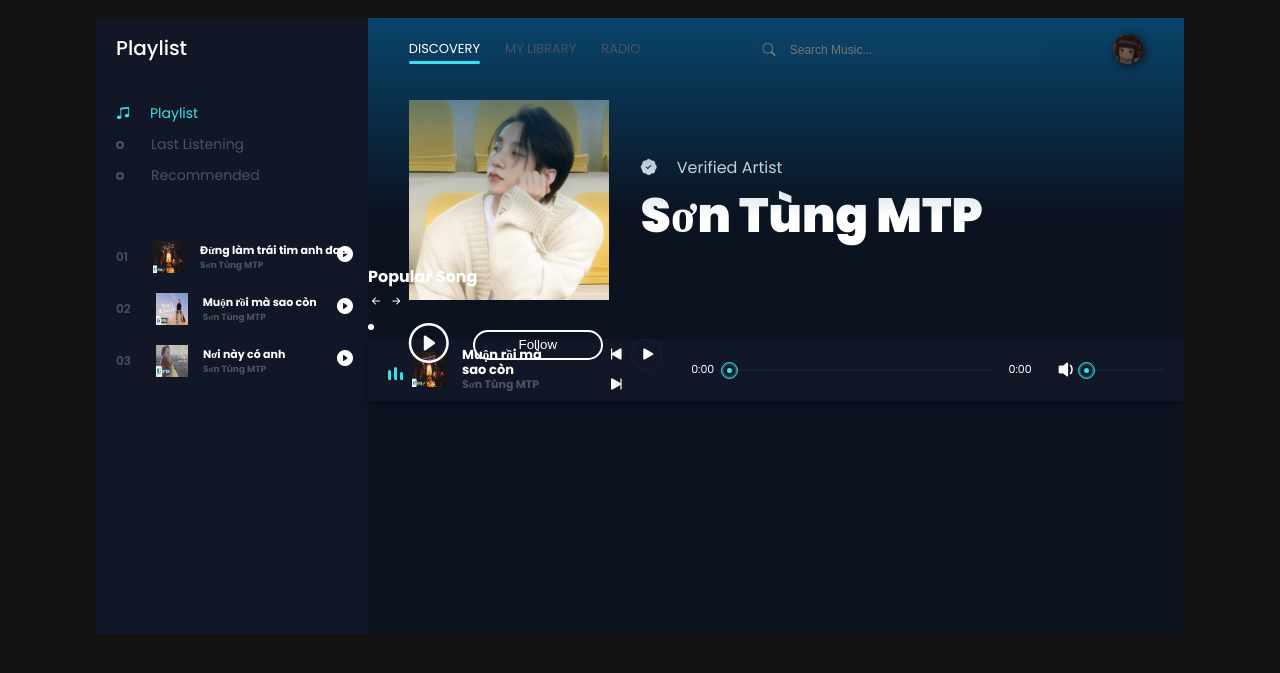
Repository: reminzuetto/Music-Website
Page: index.html
An editor plug-in stored every save of this project. The page is shown before and after the next save, followed by the edit.
The browser window is 1280 px wide. The pictures show the whole page.

Above is the page before, as saved 2024-06-11 04:15:17.

### index.html
<!DOCTYPE html>
<html lang="en">
  <head>
    <meta charset="UTF-8" />
    <meta name="viewport" content="width=device-width, initial-scale=1.0" />
    <link rel="stylesheet" href="./style.css" />
    <link
      rel="stylesheet"
      href="https://cdn.jsdelivr.net/npm/bootstrap-icons@1.11.3/font/bootstrap-icons.min.css"
    />
    <title>Music Website</title>
  </head>
  <body>
    <header>
      <div class="menu_side">
        <h1>Playlist</h1>
        <div class="playlist">
          <h4 class="active">
            <span></span><i class="bi bi-music-note-beamed"></i>Playlist
          </h4>
          <h4>
            <span></span><i class="bi bi-music-note-beamed"></i>Last Listening
          </h4>
          <h4>
            <span></span><i class="bi bi-music-note-beamed"></i>Recommended
          </h4>
        </div>
        <div class="menu_song">
          <li class="songItem">
            <span>01</span>
            <img
              src="./MusicThumbnail/DungLamTraiTimAnhDau.jpg"
              alt="DungLamTraiTimAnhDau"
            />
            <h5 class="subtitle">
              Đừng làm trái tim anh đau
              <div class="subtitle">Sơn Tùng MTP</div>
            </h5>
            <i class="bi bi-play-circle-fill"></i>
          </li>
          <li class="songItem">
            <span>02</span>
            <img
              src="./MusicThumbnail/MuonRoiMaSaoCon.jpg"
              alt="MuonRoiMaSaoCon"
            />
            <h5 class="subtitle">
              Muộn rồi mà sao còn
              <div class="subtitle">Sơn Tùng MTP</div>
            </h5>
            <i class="bi bi-play-circle-fill"></i>
          </li>
          <li class="songItem">
            <span>03</span>
            <img src="./MusicThumbnail/NoiNayCoAnh.jpg" alt="NoiNayCoAnh" />
            <h5 class="subtitle">
              Nơi này có anh
              <div class="subtitle">Sơn Tùng MTP</div>
            </h5>
            <i class="bi bi-play-circle-fill"></i>
          </li>
        </div>
      </div>
      <div class="song_side">
        <nav>
          <ul>
            <li>DISCOVERY<span></span></li>
            <li>MY LIBRARY</li>
            <li>RADIO</li>
          </ul>
          <div class="search">
            <i class="bi bi-search"></i>
            <input type="text" placeholder="Search Music..." />
          </div>
          <div class="user">
            <img src="./Picture/Ava.jpg" alt="User" title="Yuuto" />
          </div>
        </nav>
        <div class="content">
          <div class="artistInfos">
            <div class="artistPicture">
              <img src="./ArtistWallPaper/MTP.jpg" alt="" />
            </div>
            <div class="artistInfo">
              <div class="verifiedArtist">
                <i class="bi bi-patch-check-fill"></i>
                <p class="text">Verified Artist</p>
              </div>
              <h1>Sơn Tùng MTP</h1>
            </div>
          </div>
          <div class="buttons">
            <button class="play"><i class="bi bi-play-circle"></i></button>
            <button class="follow">Follow</button>
          </div>
        </div>
        <div class="popular_song">
          <div class="h4">
            <h4>Popular Song</h4>
            <div class="btn_s">
              <i class="bi bi-arrow-left-short"></i>
              <i class="bi bi-arrow-right-short"></i>
            </div>
          </div>
            <div class="pop_song">
                <li class = "songItem">
                    <div class="img_play"></div>
                </li>
        </div>
      </div>

      <div class="master_play">
        <div class="wave">
          <div class="wave1"></div>
          <div class="wave1"></div>
          <div class="wave1"></div>
        </div>
        <img
          src="./MusicThumbnail/DungLamTraiTimAnhDau.jpg"
          alt="DungLamTraiTimAnhDau"
        />
        <h5 class="subtitle">
          Muộn rồi mà sao còn
          <div class="subtitle">Sơn Tùng MTP</div>
        </h5>
        <div class="icon">
          <i class="bi bi-skip-start-fill"></i>
          <i class="bi bi-play-fill"></i>
          <i class="bi bi-skip-end-fill"> </i>
        </div>
        <span class="currentStart">0:00</span>
        <div class="bar">
          <input type="range" id="seek" min="0" value="0" max="100" />
          <div class="bar2"></div>
          <div class="dot"></div>
        </div>
        <span class="currentEnd">0:00</span>

        <div class="vol">
          <i class="bi bi-volume-down-fill"></i>
          <input type="range" id="seek" min="0" value="0" max="100" />
          <div class="vol_bar"></div>
          <div class="dot"></div>
        </div>
      </div>
    </header>
    <script src="./main.js"></script>
  </body>
</html>

### style.css
@import url("https://fonts.googleapis.com/css2?family=Poppins:ital,wght@0,100;0,200;0,300;0,400;0,500;0,600;0,700;0,800;0,900;1,100;1,200;1,300;1,400;1,500;1,600;1,700;1,800;1,900&display=swap");
* {
  padding: 0%;
  margin: 0%;
  box-sizing: border-box;
}

body {
  width: 100%;
  height: 100vh;
  background-color: #131312;
  font-family: "Poppins", "sans-serif";
  display: flex;
  align-items: center;
  justify-content: center;
}

header {
  width: 85%;
  height: 95%;
  /* border: 1px solid #fff; */
  display: flex;
  flex-wrap: wrap;
  overflow: hidden;
}

header .menu_side,
.song_side {
  position: relative;
  width: 25%;
  height: 90%;
  /* border: 1px solid #fff; */
  background-color: #111727;
  box-shadow: 5px 0px 2px #090f1f;
  color: #fff;
}

header .song_side {
  width: 75%;
  background: #0b1320;
}

header .master_play {
  width: 100%;
  height: 10%;
  background: #111727;
  box-shadow: 0px 3px 8px #090f1f;
}

header .menu_side h1 {
  font-size: 20px;
  margin: 15px 0px 0px 20px;
  font-weight: 500;
}

header .menu_side .playlist {
  margin: 40px 0px 0px 20px;
}
header .menu_side .playlist h4 {
  font-size: 14px;
  font-weight: 400;
  padding-bottom: 10px;
  color: #4c5262;
  cursor: pointer;
  display: flex;
  align-items: center;
  transition: 0.3 linear;
}

header .menu_side .playlist h4:hover {
  color: #fff;
}
header .menu_side .playlist h4 span {
  position: relative;
  margin-right: 35px;
}
header .menu_side .playlist h4 span::before {
  content: "";
  position: absolute;
  width: 4px;
  height: 4px;
  border: 2px solid #4c5262;
  border-radius: 50%;
  top: -4px;
  transition: 0.3s linear;
}

header .menu_side .playlist h4:hover span::before:hover {
  border: 2px solid #fff;
}

header .menu_side .playlist h4 .bi {
  display: none;
}

header .menu_side .playlist .active {
  color: #36e2ec;
}

header .menu_side .playlist .active span {
  display: none;
}

header .menu_side .playlist .active .bi {
  display: block;
  margin-right: 20px;
}

header .menu_side .menu_song {
  width: 100%;
  height: 320px;
  /* border: 1px solid #fff; */
  margin-top: 40px;
}
header .menu_side .menu_song li {
  position: relative;
  list-style: none;
  padding: 5px 0px 5px 20px;
  margin-bottom: 10px;
  cursor: pointer;
  transition: 0.3s linear;
  display: flex;
  align-items: center;
}
header .menu_side .menu_song li:hover {
  background: rgb(105, 105, 170, 0.1);
}
header .menu_side .menu_song li span {
  font-size: 12px;
  font-weight: 600;
  color: #4c5262;
}
header .menu_side .menu_song li img {
  width: 32px;
  height: 32px;
  margin-left: 25px;
}

header .menu_side .menu_song li h5 {
  font-size: 11px;
  margin-left: 15px;
}

header .menu_side .menu_song li h5 .subtitle {
  font-size: 9px;
  color: #4c5262;
}

header .menu_side .menu_song li .bi {
  position: absolute;
  right: 15px;
  top: 6px;
}

header .master_play {
  display: flex;
  align-items: center;
  padding: 0 20px;
}

header .master_play .wave {
  width: 30px;
  height: 30px;
  padding-bottom: 5px;
  display: flex;
  align-items: flex-end;
}

header .master_play .wave .wave1 {
  width: 3px;
  height: 10px;
  margin-right: 3px;
  border-radius: 10px 10px 0 10px;
  background: #36e2ec;
  animation: unset;
}

header .master_play .wave .wave1:nth-child(2) {
  /* animation-delay: 0.4s; */
  height: 13px;
}

header .master_play .wave .wave1:nth-child(3) {
  /* animation-delay: 0.8s; */
  height: 8px;
}

/* javascript wave animation class */
header .master_play .active2 .wave1 {
  animation: wave 0.5s linear infinite;
}

header .master_play .active2 .wave1:nth-child(2) {
  animation-delay: 0.4s;
}

header .master_play .active2 .wave1:nth-child(3) {
  animation-delay: 0.8s;
}
@keyframes wave {
  0% {
    height: 10px;
  }
  50% {
    height: 15px;
  }
  100% {
    height: 10px;
  }
}

header .master_play img {
  width: 35px;
  height: 35px;
}

header .master_play h5 {
  width: 130px;
  font-size: 13px;
  margin-left: 15px;
  color: #fff;
  line-height: 15px;
}

header .master_play h5 .subtitle {
  font-size: 11px;
  color: #4c5262;
}

header .master_play .icon {
  font-size: 20px;
  color: #fff;
  margin: 0 20px 0 40px;
}

header .master_play .icon .bi {
  cursor: pointer;
  outline: none;
}

header .master_play .icon .bi:nth-child(2) {
  border: 1px solid rgb(105, 105, 170, 0.1);
  border-radius: 50%;
  padding: 1px 3px 0px 6px;
  transition: 0.3 linear;
}

header .master_play span {
  width: 32px;
  font-size: 11px;
  font-weight: 400;
  color: #fff;
}

header .master_play #currentStart {
  margin: 0 0 0 20px;
}

header .master_play .bar {
  position: relative;
  width: 43%;
  height: 2px;
  background: rgb(105, 105, 170, 0.1);
  margin: 0 15px 0 10px;
}

header .master_play .bar .bar2 {
  position: absolute;
  background: #36e2ec;
  width: 0%;
  height: 100%;
  top: 0;
}

header .master_play .bar .dot {
  position: absolute;
  width: 5px;
  height: 5px;
  background: #36e2ec;
  border-radius: 50%;
  left: 0%;
  top: -1px;
  transition: 1s linear;
}

header .master_play .bar .dot::before {
  content: "";
  position: absolute;
  width: 15px;
  height: 15px;
  border: 1px solid #36e2ec;
  border-radius: 50%;
  left: -6px;
  top: -6px;
  box-shadow: inset 0 0 3px #36e2ec;
}

header .master_play .bar input {
  position: absolute;
  width: 100%;
  top: -6px;
  left: 0;
  cursor: pointer;
  z-index: 999999;
  opacity: 0;
}

header .master_play .vol {
  position: relative;
  width: 100px;
  height: 2px;
  margin-left: 50px;
  background-color: rgb(105, 105, 170, 0.1);
}

header .master_play .vol .bi {
  position: absolute;
  color: #fff;
  font-size: 25px;
  top: -17px;
  left: -30px;
}

header .master_play .vol input {
  position: absolute;
  width: 100%;
  top: -6px;
  left: 0;
  cursor: pointer;
  z-index: 999999;
  opacity: 0;
}

header .master_play .vol .bar2 {
  position: absolute;
  background: #36e2ec;
  width: 0%;
  height: 100%;
  top: 0;
}

header .master_play .vol .dot {
  position: absolute;
  width: 5px;
  height: 5px;
  background: #36e2ec;
  border-radius: 50%;
  left: 0%;
  top: -1px;
  transition: 1s linear;
}

header .master_play .vol .dot::before {
  content: "";
  position: absolute;
  width: 15px;
  height: 15px;
  border: 1px solid #36e2ec;
  border-radius: 50%;
  left: -6px;
  top: -6px;
  box-shadow: inset 0 0 3px #36e2ec;
}

header .song_side {
  z-index: 2;
}

header .song_side::before {
  content: "";
  position: absolute;
  width: 100%;
  height: 200px;
  margin: 0;
  text-align: center;
  line-height: 200px;
  color: white;
  font-size: 24px;
  background: linear-gradient(
    to bottom,
    rgb(10, 69, 108),
    rgba(52, 152, 219, 0)
  );
}

header .song_side nav {
  width: 90%;
  height: 10%;
  margin: auto;
  /* border: 1px solid #fff; */
  display: flex;
  align-items: center;
  justify-content: space-between;
}

header .song_side nav ul {
  display: flex;
}

header .song_side nav ul li {
  position: relative;
  list-style-type: none;
  font-size: 13px;
  color: #4c5262;
  margin-right: 25px;
  cursor: pointer;
  transition: 0.3 linear;
}

header .song_side nav ul li:hover {
  color: #fff;
}

header .song_side nav ul li:nth-child(1) {
  color: #fff;
}

header .song_side nav ul li span {
  position: absolute;
  width: 100%;
  height: 2.5px;
  background: #36e2ec;
  bottom: -5px;
  left: 0;
  border-radius: 20px;
}

header .song_side nav .search {
  position: relative;
  width: 40%;
  padding: 1px 10px;
  border-radius: 20px;
  color: gray;
}

header .song_side nav .search::before {
  content: "";
  position: absolute;
  width: 100%;
  height: 100%;
  border-radius: 20px;
  background: rgb(105, 105, 170, 0.1);
  backdrop-filter: blur(5px);
  z-index: -1;
}

header .song_side nav .search .bi {
  font-size: 13px;
  padding: 3px 0 0 10px;
}

header .song_side nav .search input {
  background: none;
  border: none;
  outline: none;
  padding: 0 10px;
  color: #fff;
  font-size: 12px;
}

header .song_side nav .user {
  position: relative;
  width: 30px;
  height: 30px;
  border-radius: 50%;
  cursor: pointer;
}

header .song_side nav .user img {
  position: absolute;
  width: 100%;
  height: 100%;
  border-radius: 50%;
  box-shadow: 2px 2px 8px #131312;
}

header .song_side .content {
  width: 90%;
  height: 30%;
  margin: auto;
  /* border: 1px solid #fff; */
  padding-top: 20px;
}

header .song_side .content .artistInfos {
  display: flex;
  align-items: center;
}

header .song_side .content .artistInfos .artistPicture img {
  width: 200px;
  height: 200px;
  margin-right: 2rem;
}

header .song_side .content .artistInfos .artistInfo {
  display: flex;
  flex-direction: column;
}

header .song_side .content .artistInfos .artistInfo .verifiedArtist {
  display: flex;
  align-items: center;
}

header .song_side .content .verifiedArtist .text {
  padding-left: 20px;
}

header .song_side .content h1 {
  font-size: 3rem;
  font-weight: 900;
}

header .song_side .content .buttons {
  position: relative;
  margin-top: 15px;
}

header .song_side .content .buttons .play {
  padding: 0;
  position: absolute;
  background: none;
  color: #fff;
  outline: none;
  font-size: 40px;
  border: none;
}

header .song_side .content .buttons .follow {
  position: absolute;
  width: 130px;
  height: 30px;
  border: 2px solid #fff;
  outline: none;
  border-radius: 20px;
  background: none;
  color: #fff;
  left: 4rem;
  top: 0.5rem;
}

header .song_side .content .buttons .play:hover {
  font-size: 45px;
  top: -0.1rem;
  left: -0.1rem;
}

header .song_side .content .buttons .follow:hover {
  color: #000;
  background: #fff;
}

.gradient-box {
  width: 200px;
  height: 200px;
  margin: 20px;
  text-align: center;
  line-height: 200px;
  color: white;
  font-size: 24px;
  background: linear-gradient(
    to bottom,
    rgba(52, 152, 219, 1),
    rgba(52, 152, 219, 0)
  );
  /* Màu xanh nhạt dần từ trên xuống dưới */
}

Loaded but not shown: main.js (no copy from this time; the picture is the same without it)

After the next save:
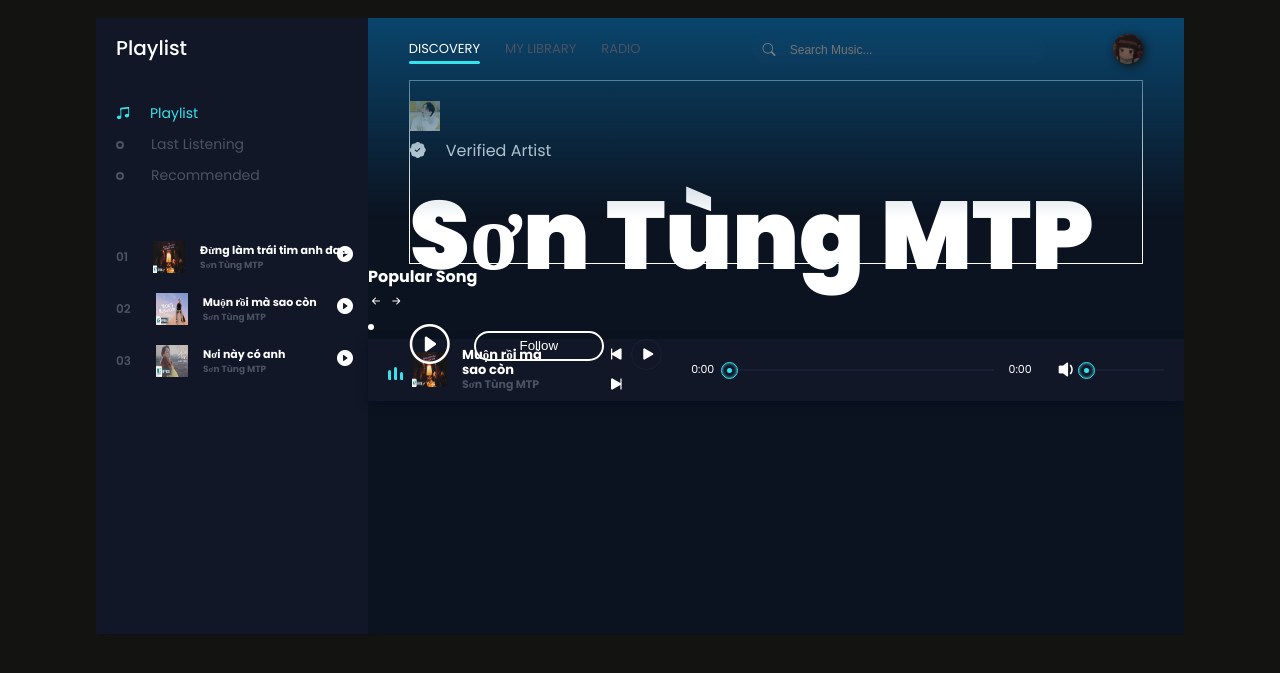
Saved 6 s later.
--- a/style.css
+++ b/style.css
@@ -478,29 +478,19 @@
   width: 90%;
   height: 30%;
   margin: auto;
-  /* border: 1px solid #fff; */
+  border: 1px solid #fff;
   padding-top: 20px;
 }
 
-header .song_side .content .artistInfos {
+header .song_side .content .artistPicture img {
+  width: 30px;
+  height: 30px;
+}
+
+header .song_side .content .verifiedArtist {
   display: flex;
   align-items: center;
-}
-
-header .song_side .content .artistInfos .artistPicture img {
-  width: 200px;
-  height: 200px;
-  margin-right: 2rem;
-}
-
-header .song_side .content .artistInfos .artistInfo {
-  display: flex;
-  flex-direction: column;
-}
-
-header .song_side .content .artistInfos .artistInfo .verifiedArtist {
-  display: flex;
-  align-items: center;
+  justify-content: flex-start;
 }
 
 header .song_side .content .verifiedArtist .text {
@@ -508,7 +498,7 @@
 }
 
 header .song_side .content h1 {
-  font-size: 3rem;
+  font-size: 6rem;
   font-weight: 900;
 }
 
